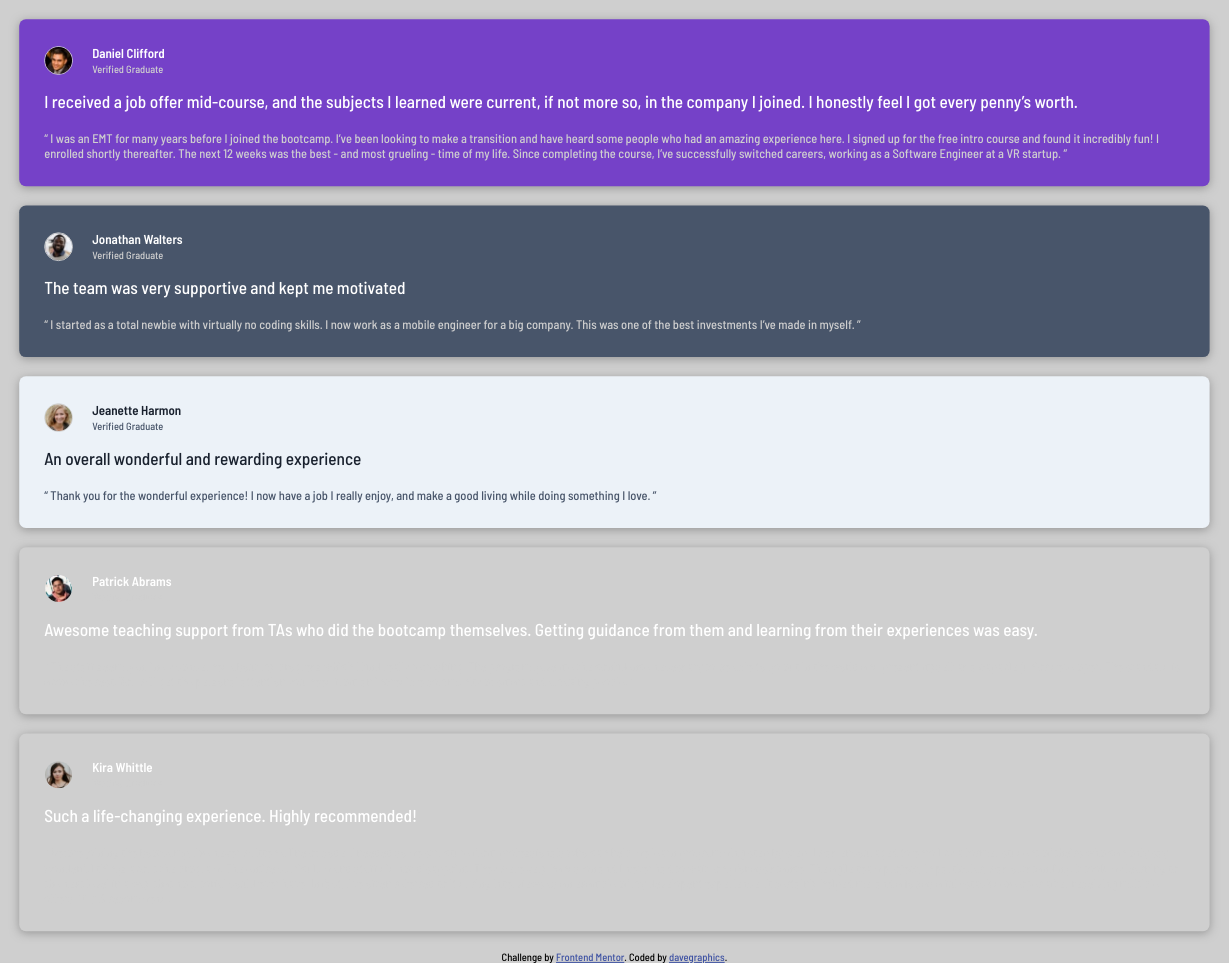
Repository: DejV44/testimonials_grid_section_main
Page: index.html
These files come from the project's save history. The page is drawn as it stood at one moment and after the next save; the edit follows.
The browser window is 1280 px wide. The pictures show the whole page, at 96% of full size.
The style sheet was rebuilt from its Sass, Less or Tailwind sources for each picture, by a compiler version that may differ from the author's.

Above is the page before, as saved 2021-07-15 19:06:39.

### index.html
<!DOCTYPE html>
<html lang="en">

<head>
  <meta charset="UTF-8">
  <meta name="viewport" content="width=device-width, initial-scale=1.0">
  <link rel="stylesheet" href="css/style.css">
  <link rel="icon" type="image/png" sizes="32x32" href="./images/favicon-32x32.png">
  <title>Frontend Mentor | Testimonials grid section</title>
</head>

<body>
  <div class="container">
    <div class="cards violet">
      <div class="image">
        <img src="./images/image-daniel.jpg" alt="image-daniel">
        <div>
          <h4>Daniel Clifford</h4>
          <small>Verified Graduate</small>
        </div>
      </div>
      <p>I received a job offer mid-course, and the subjects I learned were current, if not more so,
        in the company I joined. I honestly feel I got every penny’s worth.</p>
      <blockquote>“ I was an EMT for many years before I joined the bootcamp. I’ve been looking to make a
        transition and have heard some people who had an amazing experience here. I signed up
        for the free intro course and found it incredibly fun! I enrolled shortly thereafter.
        The next 12 weeks was the best - and most grueling - time of my life. Since completing
        the course, I’ve successfully switched careers, working as a Software Engineer at a VR startup. ”</blockquote>
    </div>
    <div class="cards darkgray">
      <div class="image">
        <img src="./images/image-jonathan.jpg" alt="image-jonathan">
        <div>
          <h4>Jonathan Walters</h4>
          <small>Verified Graduate</small>
        </div>
      </div>
      <p>The team was very supportive and kept me motivated</p>
      <blockquote>“ I started as a total newbie with virtually no coding skills. I now work as a mobile engineer
        for a big company. This was one of the best investments I’ve made in myself. ”</blockquote>
    </div>
    <div class="cards lgblue">
      <div class="image">
        <img src="./images/image-jeanette.jpg" alt="image-jeanette">
        <div>
          <h4>Jeanette Harmon</h4>
          <small>Verified Graduate</small>
        </div>
      </div>
      <p>An overall wonderful and rewarding experience</p>
      <blockquote>“ Thank you for the wonderful experience! I now have a job I really enjoy, and make a good living
        while doing something I love. ”</blockquote>
    </div>
    <div class="cards">
      <div class="image">
        <img src="./images/image-patrick.jpg" alt="image-patrick">
        <div>
          <h4>Patrick Abrams</h4>
          <small>Verified Graduate</small>
        </div>
      </div>
      <p>Awesome teaching support from TAs who did the bootcamp themselves. Getting guidance from them and
        learning from their experiences was easy.</p>
      <blockquote>“ The staff seem genuinely concerned about my progress which I find really refreshing. The program
        gave me the confidence necessary to be able to go out in the world and present myself as a capable
        junior developer. The standard is above the rest. You will get the personal attention you need from
        an incredible community of smart and amazing people. ”</blockquote>
    </div>
    <div class="cards">
      <div class="image">
        <img src="./images/image-kira.jpg" alt="image-kira">
        <div>
          <h4>Kira Whittle</h4>
          <small>Verified Graduate</small>
        </div>
      </div>
      <p>Such a life-changing experience. Highly recommended!</p>
      <blockquote>“ Before joining the bootcamp, I’ve never written a line of code. I needed some structure from
        professionals who can help me learn programming step by step. I was encouraged to enroll by a former
        student of theirs who can only say wonderful things about the program. The entire curriculum and staff
        did not disappoint. They were very hands-on and I never had to wait long for assistance. The agile team
        project, in particular, was outstanding. It took my learning to the next level in a way that no tutorial
        could ever have. In fact, I’ve often referred to it during interviews as an example of my developent
        experience. It certainly helped me land a job as a full-stack developer after receiving multiple offers.
        100% recommend! ”</blockquote>
    </div>
  </div>
  <div class="attribution">
    Challenge by <a href="https://www.frontendmentor.io?ref=challenge" target="_blank">Frontend Mentor</a>.
    Coded by <a href="#">davegraphics</a>.
  </div>
</body>

</html>

### css/style.scss
@import url('https://fonts.googleapis.com/css2?family=Barlow+Semi+Condensed:wght@500;600&display=swap');

$ModerateViolet: hsl(263, 55%, 52%);
$VeryDarkGrayishBlue: hsl(217, 19%, 35%);
$VeryDarkBlackishBlue: hsl(219, 29%, 14%);
$White: hsl(0, 0%, 100%);
$LightGray: hsl(0, 0%, 81%);
$LightGrayishBlue: hsl(210, 46%, 95%);

* {
    margin: 0;
    padding: 0;
    box-sizing: border-box;
}

body {
    font-size: 13px;
    font-family: 'Barlow Semi Condensed', sans-serif;
    background-color: $LightGray;


    .container {
        display: grid;
        grid-template-columns: 1fr;
        margin: 20px;
        gap: 20px;

        &.violet {
            background-color: $ModerateViolet;
        }

        &.darkgray {
            background-color: $VeryDarkGrayishBlue;
        }


        .cards {

            padding: 2em;
            border-radius: 7px;
            box-shadow: rgba(128, 128, 128, 0.712) 0px 2px 10px;





            &.violet {
                background-color: $ModerateViolet;
            }

            &.darkgray {
                background-color: $VeryDarkGrayishBlue;
            }

            &.lgblue {
                background-color: $LightGrayishBlue;
                p {
                    color: $VeryDarkBlackishBlue;
                }
                blockquote {
                    color: $VeryDarkGrayishBlue;
                }
                .image {
                    h4 {
                        color: $VeryDarkBlackishBlue;
                    }
                    small {
                        color: $VeryDarkGrayishBlue;
                    }
                }

            }

            .image {
                display: flex;
                margin-bottom: 15px;
                align-items: center;

                img {
                    border-radius: 50%;
                    width: 30px;
                    height: 30px;
                    margin-right: 20px;
                    border: 1px solid $LightGray;
                }

                h4 {
                    color: $White;
                    font-size: 13.5px;

                }

                small {
                    color: $LightGray;
                }
            }

            blockquote {
                color: $LightGray;
                padding-top: 20px;
            }
            p {
                color: $White;
                font-size: 18px;
            }
        }

    }


.attribution { font-size: 11px; text-align: center; }
.attribution a { color: hsl(228, 45%, 44%); }

}

After the next save:
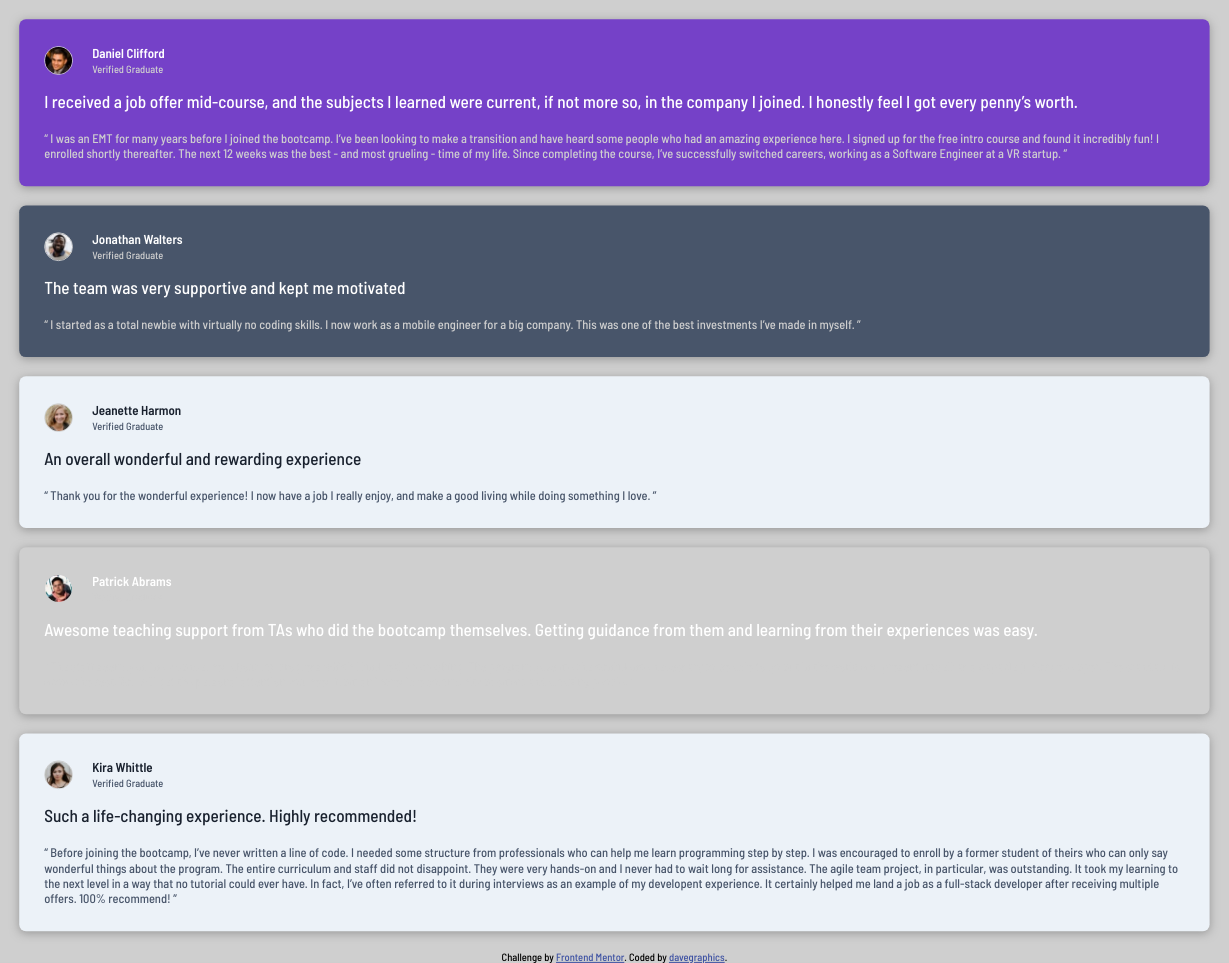
Saved 2 min 49 s later.
--- a/index.html
+++ b/index.html
@@ -66,7 +66,7 @@
         junior developer. The standard is above the rest. You will get the personal attention you need from
         an incredible community of smart and amazing people. ”</blockquote>
     </div>
-    <div class="cards">
+    <div class="cards lgblue">
       <div class="image">
         <img src="./images/image-kira.jpg" alt="image-kira">
         <div>
